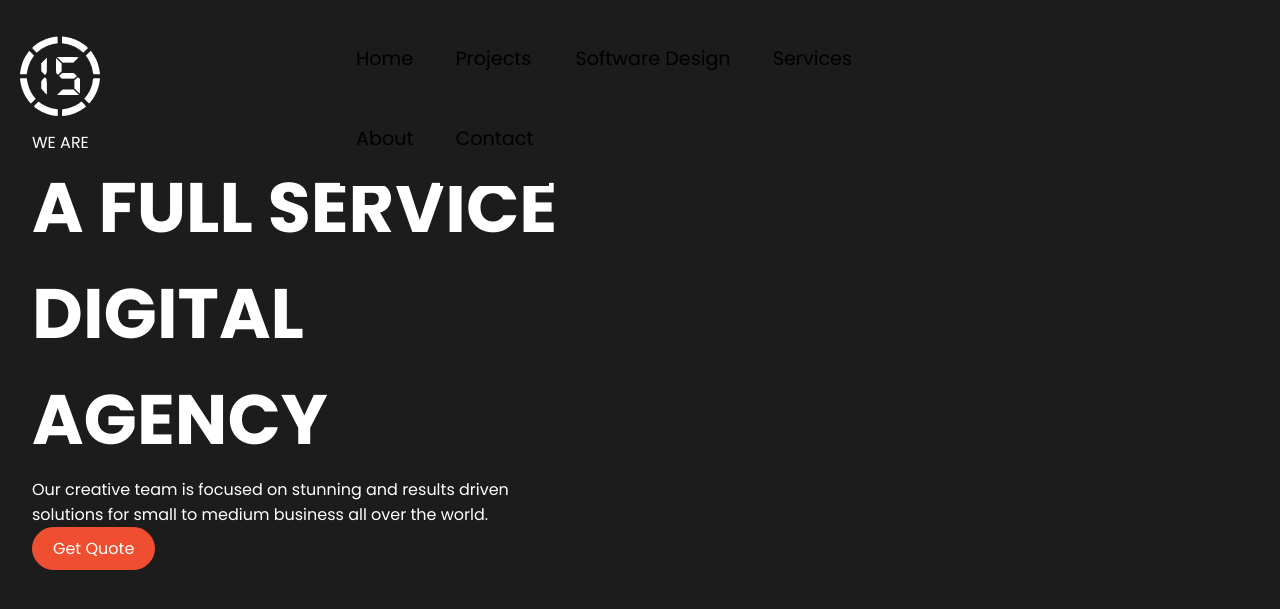
Repository: gopalpurohit54/one5
Page: /
The author's editor kept a copy of each file at every save. The page is drawn from the files as they stood at one save, then again after the next save.
The browser window is 1280 px wide. The pictures show the whole page.
The project was rebuilt for these pictures with package versions that can differ from the ones it lists, and the page was loaded fresh each time.

Above is the page before, as saved 2021-06-11 14:48:59.

### src/index.css
@import url('https://fonts.googleapis.com/css2?family=Poppins:ital,wght@0,100;0,200;0,300;0,400;0,500;0,600;0,700;0,800;0,900;1,100;1,200;1,300;1,400;1,500;1,600;1,700;1,800;1,900&display=swap');

* {
  margin: 0;
  padding: 0;
  outline: none;
  font-family: 'Poppins', sans-serif;
  -webkit-font-smoothing: antialiased;
  -moz-osx-font-smoothing: grayscale;
}

code {
  font-family: source-code-pro, Menlo, Monaco, Consolas, 'Courier New',
    monospace;
}

### src/components/App.js
import React from 'react';
import Navbar from '../components/Navbar';
import { BrowserRouter as Router, Switch, Route } from 'react-router-dom';
import './App.css';
import Home from '../components/Pages/Home';

function App() {
  return (
    <>
    <Router>
      <Navbar />
      <Switch>
        <Route path='/' exact component= {Home} />
      </Switch>
    </Router>
    </>
  );
}



export default App

### src/components/navbar.js
import React, { useState } from 'react';
import { Link } from 'react-router-dom';
import './Navbar.css';

function Navbar() {

    const [click, setClick] = useState(false);

    const handleClick = () => setClick(!click);
    const closeMobileMenu = () => setClick(false);

    return (
        <>
            <nav className="navbar">
                <div className="navbar-container">
                    <Link to="/" className="navbar-logo" onClick= {closeMobileMenu}>
                        <img src="/logo-white.png" alt="" />
                    </Link>
                </div>
                <div className="menu-icon" onClick= {handleClick}>
                    <i className= { click ? 'fas fa-times' : 'fas fa-bars'} />
                </div>
                <ul className= { click ? 'nav-menu active' : 'nav-menu'}>
                    <li className= 'nav-item'>
                        <Link to= '/home' className='nav-links' onClick= {closeMobileMenu}>
                            Home
                        </Link>
                    </li>
                    <li className= 'nav-item'>
                        <Link to= '/projects' className='nav-links' onClick= {closeMobileMenu}>
                            Projects
                        </Link>
                    </li>
                    <li className= 'nav-item'>
                        <Link to= '/software-design' className='nav-links' onClick= {closeMobileMenu}>
                            Software Design
                        </Link>
                    </li>
                    <li className= 'nav-item'>
                        <Link to= '/services' className='nav-links' onClick= {closeMobileMenu}>
                            Services
                        </Link>
                    </li>
                    <li className= 'nav-item'>
                        <Link to= '/about' className='nav-links' onClick= {closeMobileMenu}>
                            About
                        </Link>
                    </li>
                    <li className= 'nav-item'>
                        <Link to= '/contact' className='nav-links' onClick= {closeMobileMenu}>
                            Contact
                        </Link>
                    </li>
                </ul>
            </nav>
        </>
    )
}

export default Navbar

### src/components/App.css

* {
    box-sizing: border-box;
    margin: 0;
    padding: 0;
    font-family: 'Poppins', sans-serif;
    background: #1c1c1c;
  }

### src/components/Pages/Home.js
import React from 'react';
import '../App.css';
import  HeroSection from '../HeroSection';

function Home() {
    return (
        <>
            <HeroSection />
        </>
    )
}

export default Home

### src/components/navbar.css
:root {
    --primary: #F04E31;
}

.navbar {
    background: transparent;
    height: 80px;
    display: flex;
    justify-content: flex-start;
    font-size: 1.2rem;
    position: sticky;
    top: 5%;
    z-index: 999;
}

.navbar-container {
    display: flex;
    justify-content: left;
    align-items: left;
    height: 80px;
    /* max-width: 1500px; */
}

.navbar-logo {
    justify-self: start;
    margin-left: 20px;
    cursor: pointer;
    display: flex;
    align-items: center;
}

.nav-menu {
    display: grid;
    grid-template-columns: repeat(4, auto);
    grid-gap: 10px;
    list-style: none;
    text-align: left;
    width: 60vw;
    justify-content: end;
    margin-right: 2rem;
}

.nav-item {
    height: 70px;
  }

  .nav-links {
    color: #000;
    display: flex;
    align-items: left;
    text-decoration: none;
    padding: 0.5rem 1rem;
    height: 100%;
  }

  .nav-links:hover {
    color: var(--primary);
    transition: all 0.2s ease-out;
  }

  .fa-bars {
    color: #fff;
  }

  .fa-bars:hover {
    color: #F04E31;
  }

  .nav-links-mobile {
    display: none;
  }

  .menu-icon {
    display: none;
  }

  @media screen and (max-width: 960px) {
    .NavbarItems {
      position: relative;
    }

    .nav-menu {
      display: flex;
      flex-direction: column;
      width: 100%;
      height: 90vh;
      position: absolute;
      top: 77px;
      left: -100%;
      opacity: 1;
      transition: all 0.5s ease;
    }

    .nav-menu.active {
      background: #fff;
      left: 0;
      opacity: 1;
      transition: all 0.5s ease;
      z-index: 1;
    }

    .nav-links {
      text-align: left;
      padding: 2rem;
      width: 100%;
      display: table;
    }

    .nav-links:hover {
      background-color: #fff;
      color: var(--primary);
      border-radius: 0;
    }

    .navbar-logo {
      position: absolute;
      top: 0;
      left: 0;
      transform: translate(25%, 50%);
    }

    .menu-icon {
      display: block;
      position: absolute;
      top: 0;
      right: 0;
      transform: translate(-100%, 60%);
      font-size: 1.8rem;
      cursor: pointer;
    }

    .fa-times {
      color: #000;
      font-size: 2rem;
    }

    .fa-times:hover {
      color: #F04E31;
    }
    .nav-links-mobile {
      display: block;
      text-align: left;
      margin: 2rem auto;
      border-radius: 4px;
      width: 80%;
      text-decoration: none;
      font-size: 1.5rem;
      background-color: transparent;
      color: #000;
      padding: 14px 20px;
      border: none;
      transition: all 0.3s ease-out;
    }

    .nav-links-mobile:hover {
      background: #fff;
      color: var(--primary);
      transition: 250ms;
    }
  }

### src/components/HeroSection.js
import React, { useState, useEffect } from 'react';
import './App.css';
import { Button } from './Button';
// import anim from '../src/assets/red-blob-hq.gif';
import styled from 'styled-components';
import { motion } from 'framer-motion';

function HeroSection() {

    const Section = styled.section `
        height: 75vh;
        display: flex;
        flex-direction: column;
        justify-content: center;
        align-items: center;
        background: #1c1c1c;
    `;

    const Container = styled.div `
        display: grid;
        grid-template-columns: 1fr 1fr;
        height: 100vh;
        padding: 3rem calc((100vw - 1300px) /2 );

        @media screen and (max-width: 768px){
            grid-grid-template-columns: 1fr;
        }
    `;

    const ColumnLeft = styled.div `
        display: flex;
        color: #fff;
        flex-direction: column;
        justify-content: center;
        align-items: flex-start;
        padding: 5rem 2rem;

        h1 {
            margin-bottom: 0.25rem;
            font-size: 70px;
        }

    `;
    const ColumnRight = styled.div ``

    // eslint-disable-next-line no-unused-vars
    const [button, setButton] = useState(true);

    const showButton = () => {
        if(window.innerWidth <= 960) {
            setButton(false);
        } else {
            setButton(true);
        }
    };

    useEffect ( ( ) => {
        showButton();
    }, []);

    window.addEventListener('resize', showButton);

    return (
        <Section className = 'hero-section'>
            <Container className = 'hero-container'>
                <ColumnLeft className = 'col-left'>
                    <p className = 'hero-shortdesc'>WE ARE</p>
                    <h1>A FULL SERVICE <br/>
                    DIGITAL AGENCY</h1>
                    <p className = 'hero-desc'>Our creative team is focused on stunning and results driven <br/>
                    solutions for small to medium business all over the world.</p>
                    <div className='hero-btn'>
                    <Button className='btn' buttonStyle='btn--primary'>Get Quote</Button>
                    </div>
                </ColumnLeft>
                {/* <ColumnRight className = 'col-right'>
                    <img src= { anim } style= {{ display: 'block', margin: 'auto' }} alt= "Loading..." />
                </ColumnRight> */}
            </Container>
        </Section>
    )
}

export default HeroSection

### src/components/Button.js
import React from 'react';
import './Button.css';
import { Link } from 'react-router-dom';

const STYLES = ['btn--primary', 'btn--outline', 'btn--test'];

const SIZES = ['btn--medium', 'btn--large'];

export const Button = ({
  children,
  type,
  onClick,
  buttonStyle,
  buttonSize
}) => {
  const checkButtonStyle = STYLES.includes(buttonStyle)
    ? buttonStyle
    : STYLES[0];

  const checkButtonSize = SIZES.includes(buttonSize) ? buttonSize : SIZES[0];

  return (
    <Link to='/sign-up' className='btn-mobile'>
      <button
        className={`btn ${checkButtonStyle} ${checkButtonSize}`}
        onClick={onClick}
        type={type}
      >
        {children}
      </button>
    </Link>
  );
};

### src/components/Button.css
:root {
    --primary: #F04E31;
}

.btn {
    padding: 8px 20px;
    border-radius: 30px;
    outline: none;
    border: none;
    cursor: pointer;
}

.btn--primary {
    background-color: var(--primary);
    color: #fff;
    border: 1px solid var(--primary);
}

.btn--outline {
    background-color: transparent;
    color: #F04E31;
    padding: 8px 20px;
    border: 1px solid var(--primary);
    transition: all 0.3s ease-out;
}

.btn--medium {
    padding: 8px 20px;
    font-size: 16px;
}

.btn--large {
    padding: 12px 26px;
    font-size: 16px;
}

.btn--medium:hover, .btn--large:hover {
    background: transparent;
    color: #F04E31;
    transition: all 0.3s ease-out;
}

Loaded but not shown: public/index.html (common file); src/index.js (common file); src/reportWebVitals.js (common file)

After the next save:
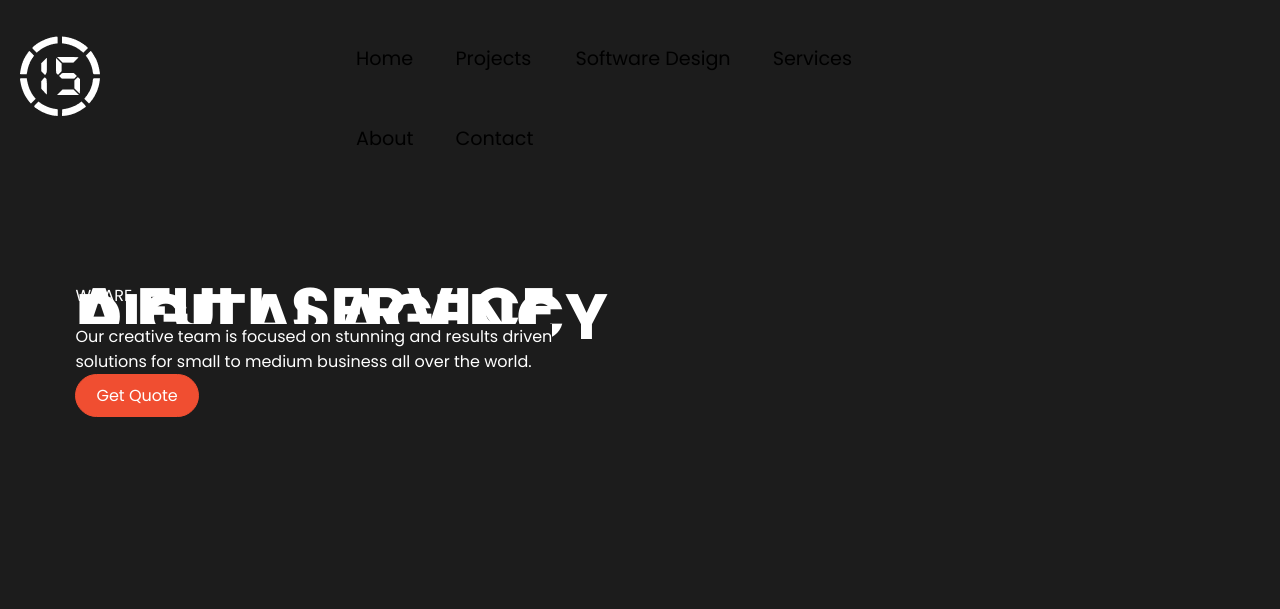
Saved 3 min 21 s later.
--- a/src/components/HeroSection.js
+++ b/src/components/HeroSection.js
@@ -37,7 +37,13 @@ function HeroSection() {
 
         h1 {
             margin-bottom: 0.25rem;
-            font-size: 70px;
+            font-size: 4rem;
+            line-height: 0.1;
+        }
+
+        .hero-shortdesc p {
+            margin-bottom: 0.25rem;
+            font-size: 16px;
         }
 
     `;
